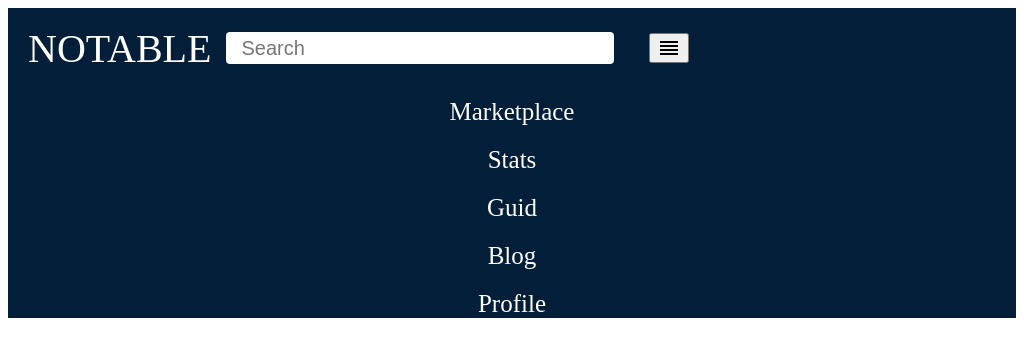
Repository: cvsschaitanya/test
Page: /
The author's editor kept a copy of each file at every save. The page is drawn from the files as they stood at one save, then again after the next save.
The browser window is 1024 px wide. The pictures show the whole page.
The project was rebuilt for these pictures with package versions that can differ from the ones it lists, and the page was loaded fresh each time.

Above is the page before, as saved 2021-10-20 23:40:25.

After the next save:
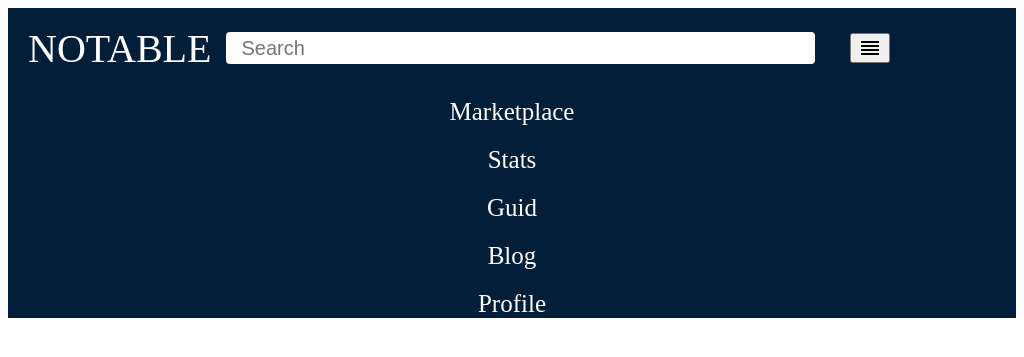
Saved 4 s later.
--- a/src/components/NavBar.css
+++ b/src/components/NavBar.css
@@ -70,7 +70,7 @@
 @media only screen and (max-width: 1200px){
     .NavBar .Right {
         display: flex;
-        flex
+        flex:10%;
     }
 
     .NavBar .Right button{

After the 3 saves that followed:
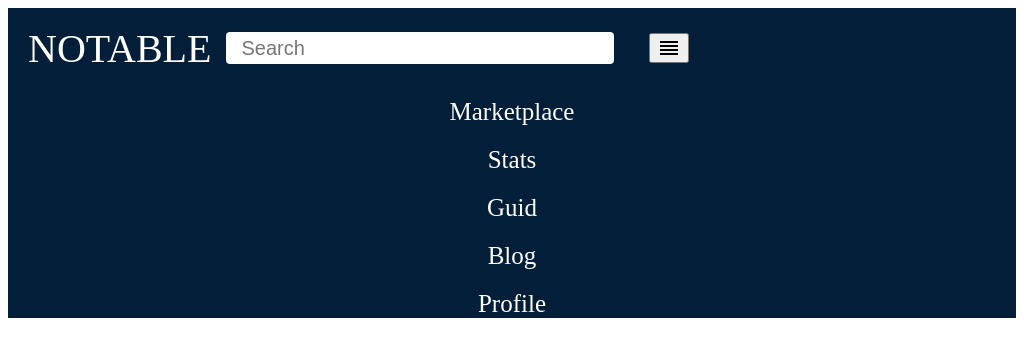
The 3 saves are shown as one change because 1 left the picture as it was and some came seconds apart.
The last was saved 32 s later.
--- a/src/components/NavBar.css
+++ b/src/components/NavBar.css
@@ -68,6 +68,11 @@
 }
 
 @media only screen and (max-width: 1200px){
+    .NavBar .Left {
+        display: flex;
+        flex:10%;
+    }
+
     .NavBar .Right {
         display: flex;
         flex:10%;
